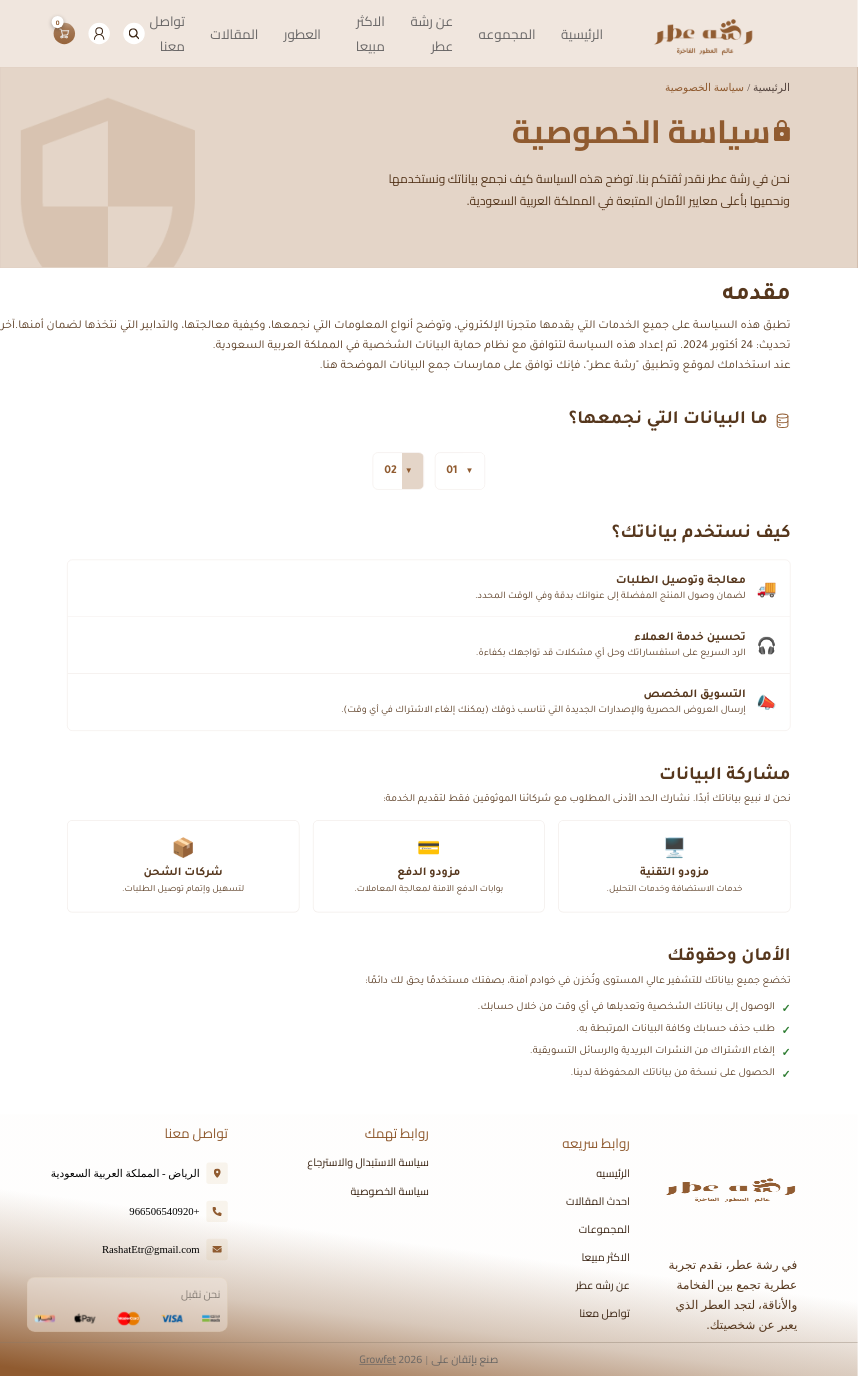
Repository: mahmoudesh74/rashet-3tr
Page: /PrivacyPolicyPage
The author's editor kept a copy of each file at every save. The page is drawn from the files as they stood at one save, then again after the next save.
The browser window is 1280 px wide. The pictures show the whole page, at 67% of full size.
Some web fonts or font styles are not loaded; a fallback is used. The project was rebuilt for these pictures with package versions that can differ from the ones it lists, and the page was loaded fresh each time. Also part of the build but not shown: vite.config.js, src/App.css, src/components/HeaderSection/Header.css, src/components/HeaderSection/Header.jsx, src/components/GroupSection/GroupSection.css, src/components/GroupSection/GroupSection.jsx, src/components/AboutSection/AboutSection.css, src/components/AboutSection/AboutSection.jsx and 17 more. Imported but missing from the stored project, and not drawn on this page: src/assets/vedio.mp4.

Above is the page before, as saved 2026-09-23 13:21:52.

After the next save:
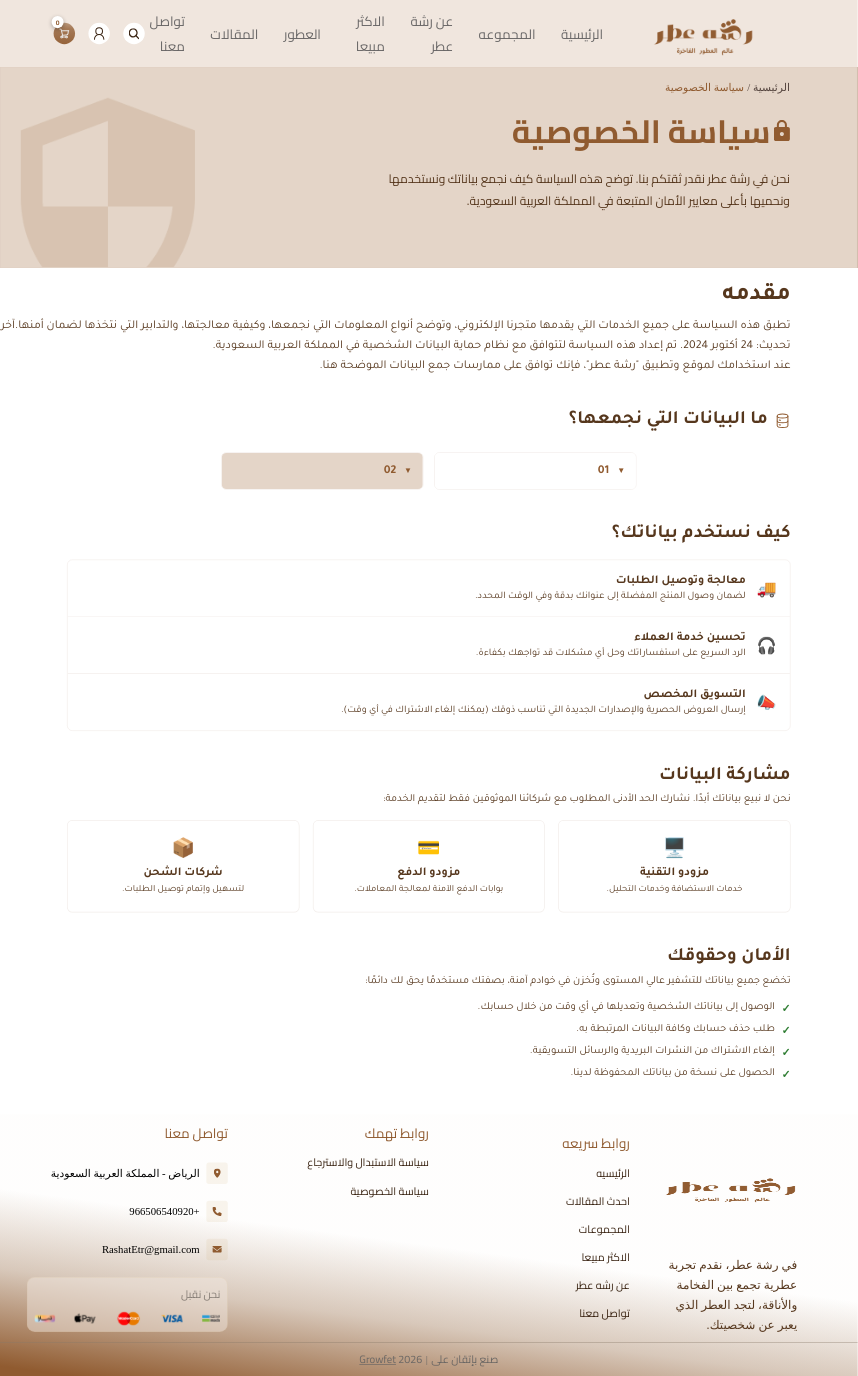
Saved 14 s later.
--- a/src/pages/PrivacyPolicy/privacyPolicy.css
+++ b/src/pages/PrivacyPolicy/privacyPolicy.css
@@ -116,7 +116,7 @@ color: #56371D;
 }
 .accordionHeader {
   display: flex;
-  width: 40%;
+  width: 300px;
   align-items: center;
   gap: 12px;
   padding: 16px;
